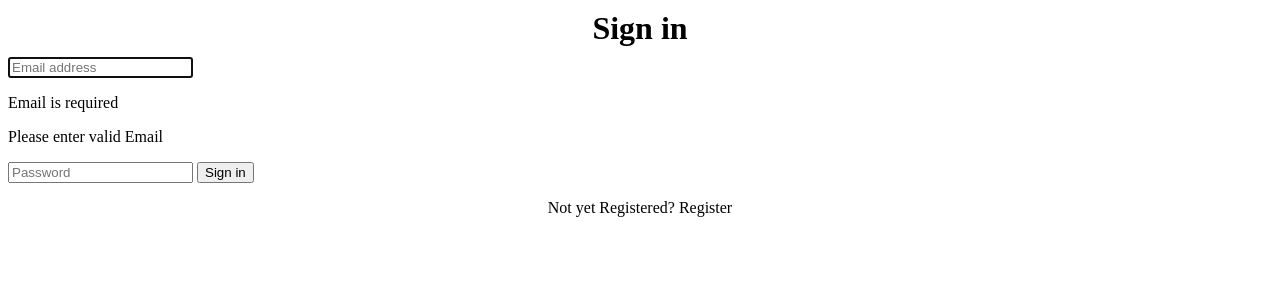
Repository: sagarpatil11/ToDo
Page: todo/src/main/webapp/templates/login.html
These files come from the project's save history. The page is drawn as it stood at one moment and after the next save; the edit follows.
The browser window is 1280 px wide. The pictures show the whole page.

Above is the page before, as saved 2017-07-21 07:47:35.

After the next save:
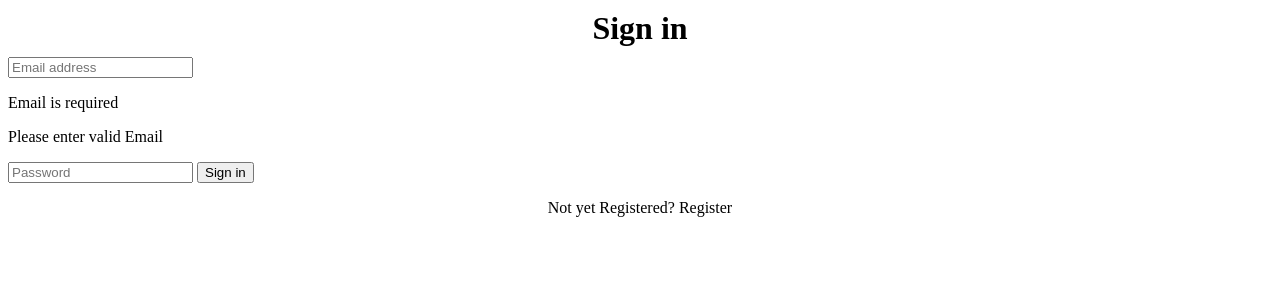
Saved 2 min 35 s later.
--- a/todo/src/main/webapp/templates/login.html
+++ b/todo/src/main/webapp/templates/login.html
@@ -5,7 +5,7 @@
             <form class="form-signin" name="userform" method="post">
 
             	<div class="form-group">
-                	<input type="email" data-ng-model="email" name="email" id="inputEmail" class="form-control" placeholder="Email address" required autofocus>
+                	<input type="email" data-ng-model="email" name="email" id="inputEmail" class="form-control" placeholder="Email address" required >
                		<p data-ng-show="userform.email.$invalid && userform.email.$pristine" class="errormsg">Email is required</p>
                		<p data-ng-show="userform.email.$error.email && userform.email.$touched" id="errormsg">Please enter valid Email</p>
                	</div>
